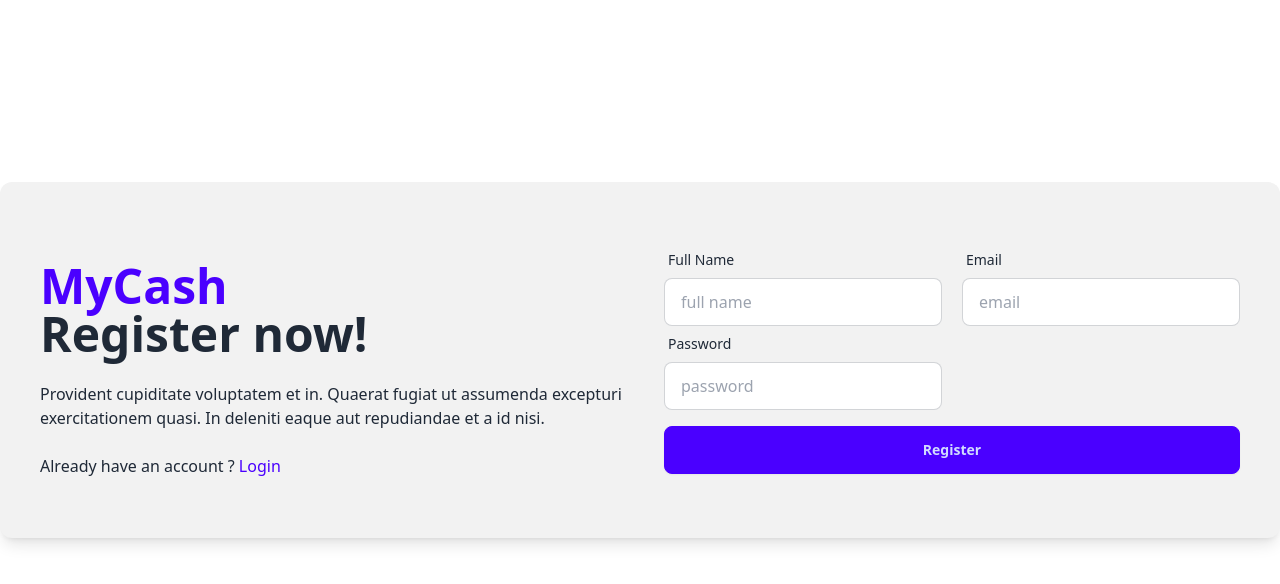
Repository: ShouravAhammed/Showcase
Page: /signUp
These files come from the project's save history. The page is drawn as it stood at one moment and after the next save; the edit follows.
The browser window is 1280 px wide. The pictures show the whole page.
The project was rebuilt for these pictures with package versions that can differ from the ones it lists, and the page was loaded fresh each time. Also part of the build but not shown: vite.config.js, src/Pages/Login/Login.jsx, src/Components/Shared/Navbar.jsx, src/Layouts/Root.jsx, src/Pages/Home/Home.jsx.

Above is the page before, as saved 2024-08-19 02:32:44.

After the next save:
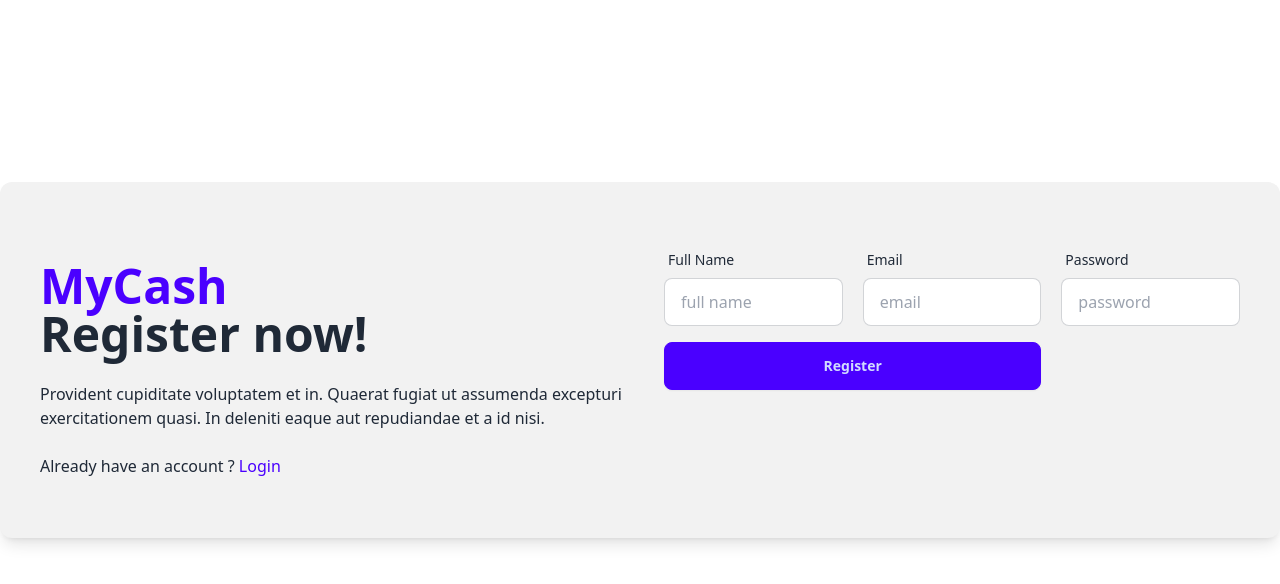
Saved 14 s later.
--- a/src/Pages/SignUp/SignUp.jsx
+++ b/src/Pages/SignUp/SignUp.jsx
@@ -11,7 +11,7 @@ const SignUp = () => {
         <div className="  bg-base-200 shadow-lg h-1/2 py-10 rounded-xl">
             <div className="flex flex-col gap-x-10 lg:flex-row-reverse px-10 py-5 ">
                 <div className="w-full max-w-xl">
-                    <form onSubmit={handleRegister} className="grid grid-cols-2 gap-x-5">
+                    <form onSubmit={handleRegister} className="grid grid-cols-3 gap-x-5">
                         <div className="form-control">
                             <label className="label">
                                 <span className="label-text">Full Name</span>
